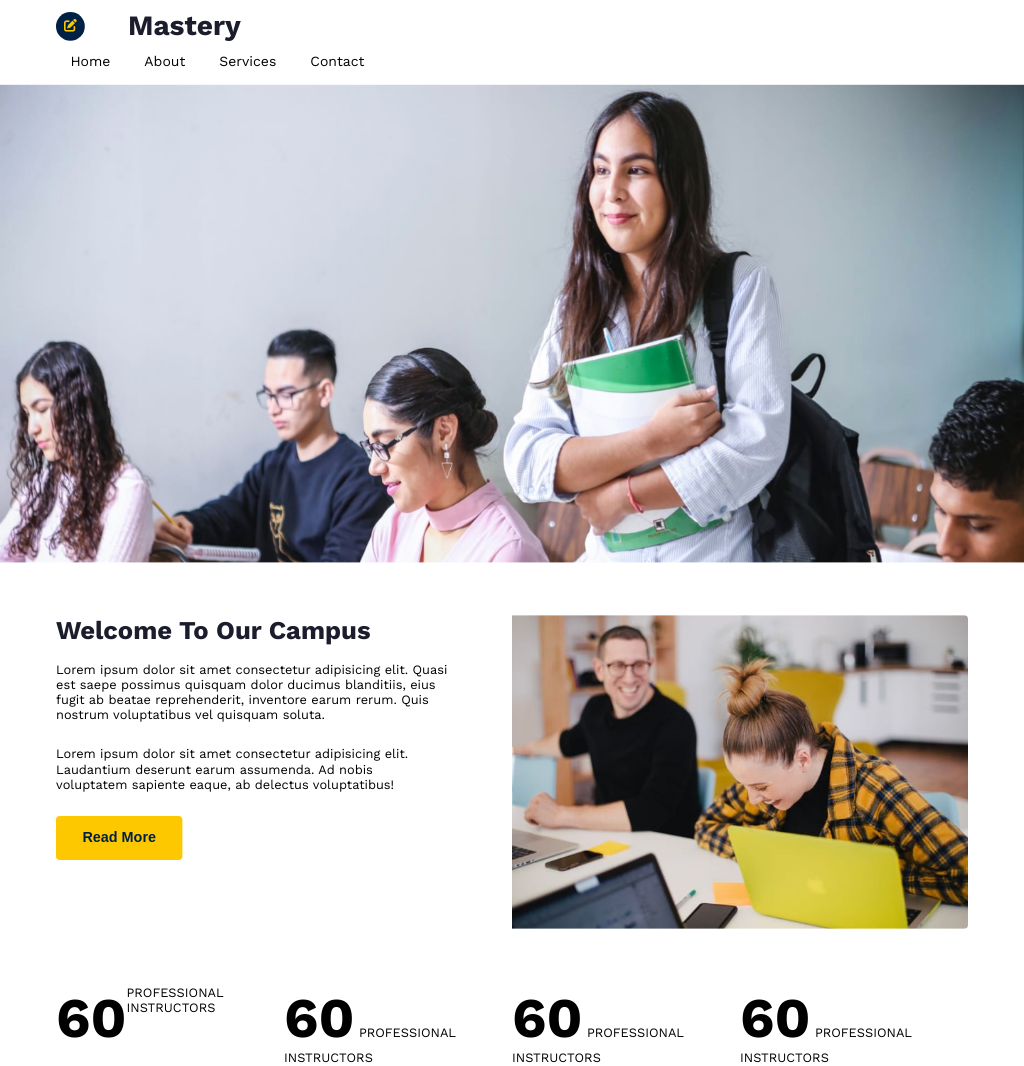
Repository: giahuy405/BC38__Mastery__Pham_Gia_Huy
Page: index.html
These files come from the project's save history. The page is drawn as it stood at one moment and after the next save; the edit follows.
The browser window is 1280 px wide. The pictures show the whole page, at 80% of full size.

Above is the page before, as saved 2022-09-09 17:08:56.

After the next save:
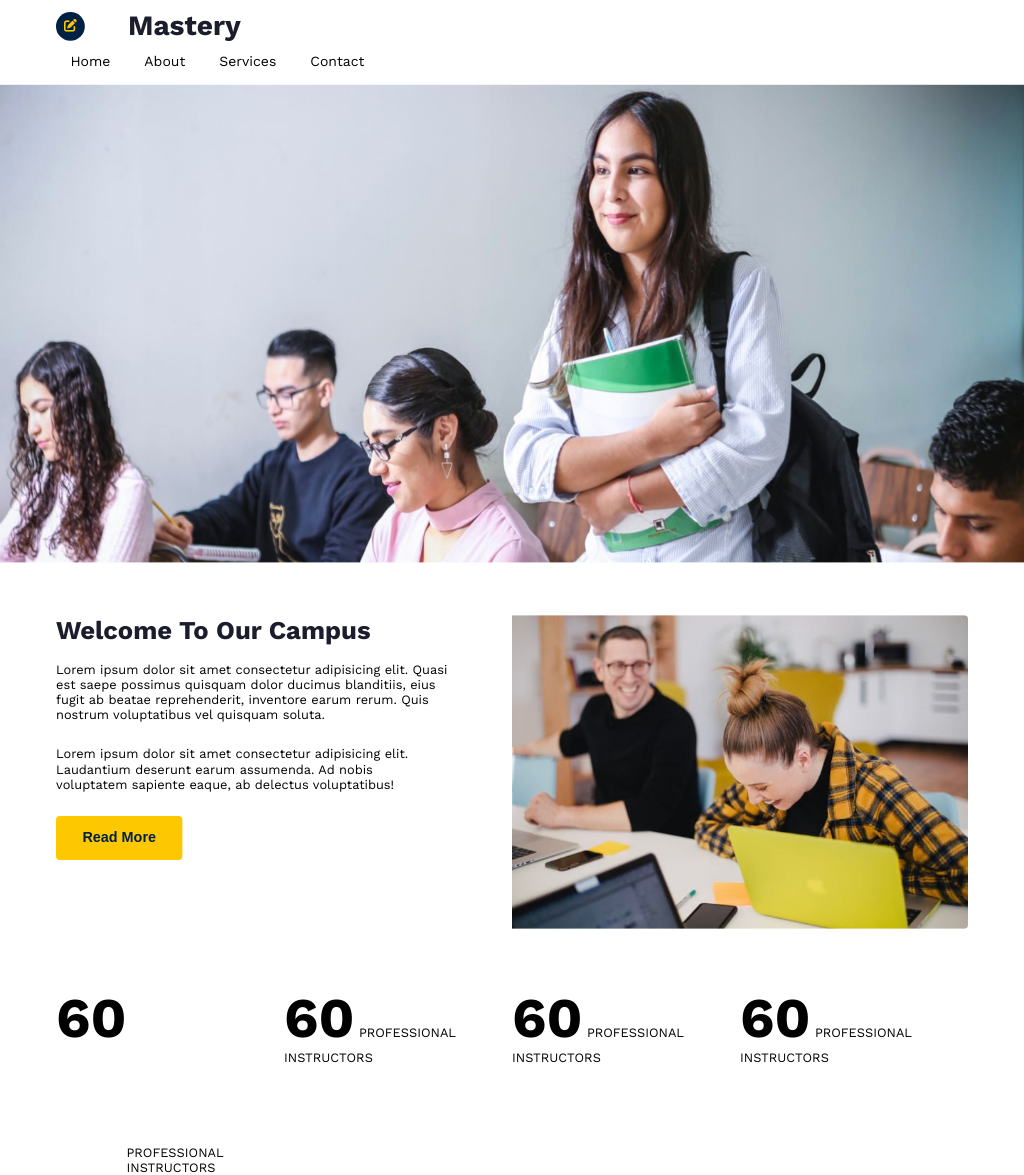
Saved 4 s later.
--- a/index.css
+++ b/index.css
@@ -232,5 +232,5 @@
     float: left;
 }
 .information__desc p:first-child{
-
-}
+    margin-top: 200px;
+}

After the save that followed:
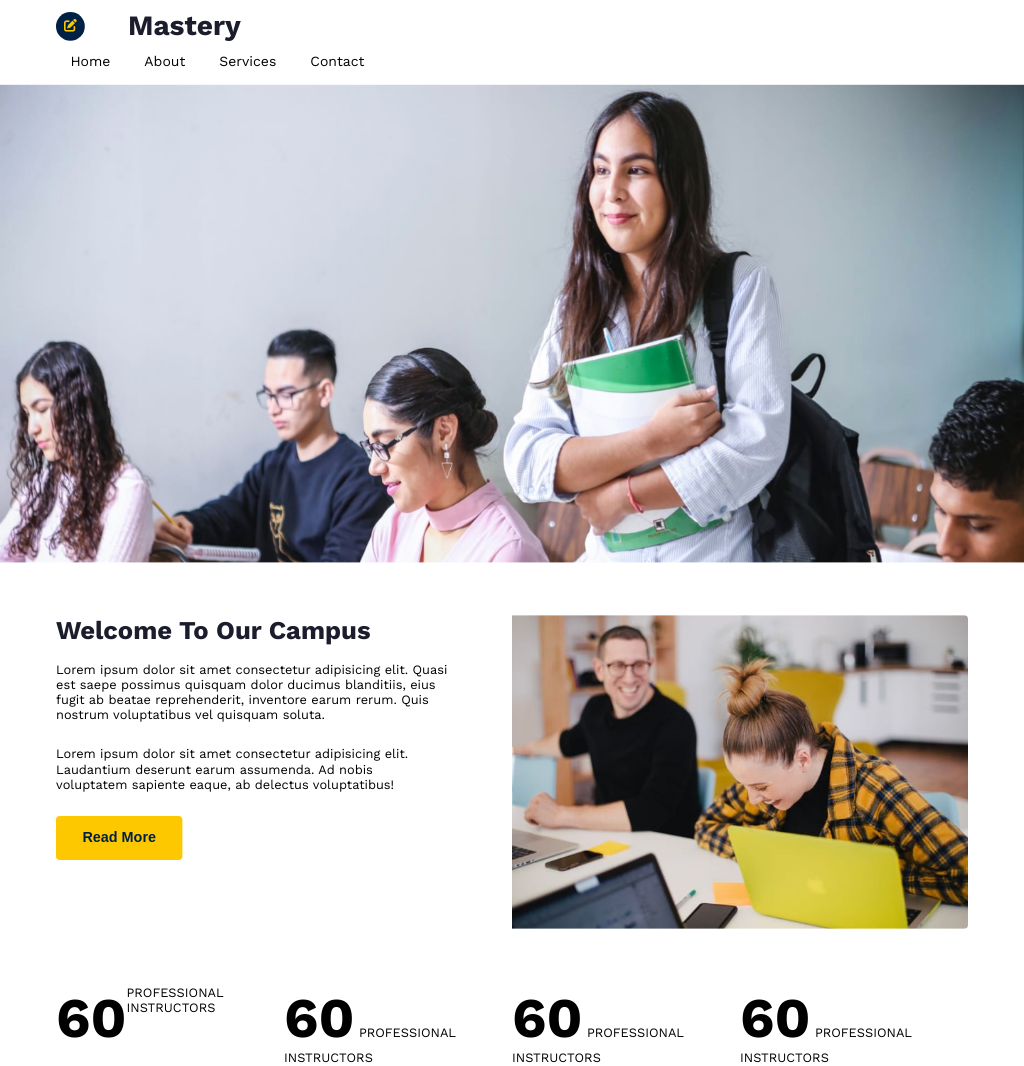
Saved 6 s later.
--- a/index.css
+++ b/index.css
@@ -232,5 +232,5 @@
     float: left;
 }
 .information__desc p:first-child{
-    margin-top: 200px;
-}
+    margin-top:25pxpx;
+}
